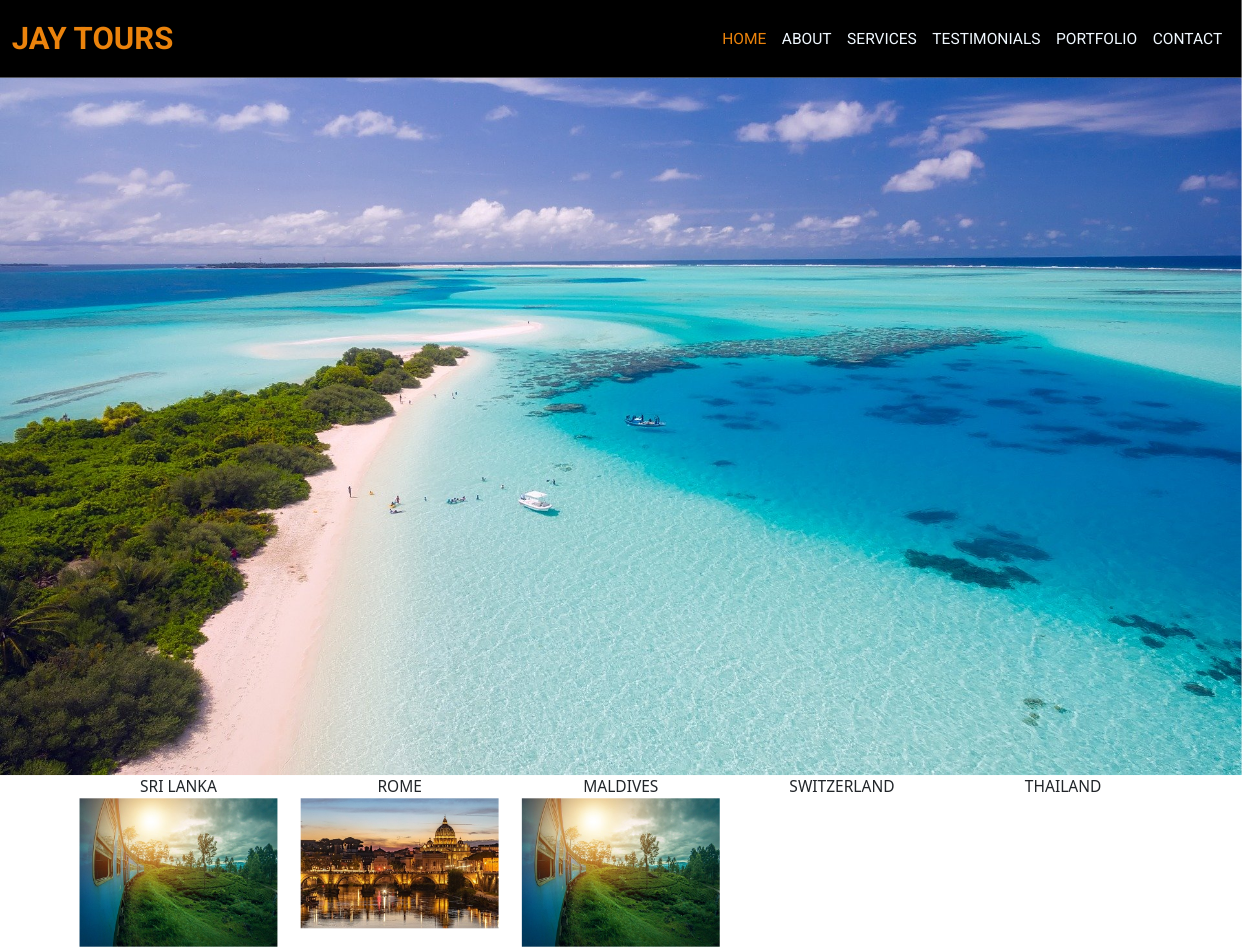
Repository: kasundiudn/Jay-Travel
Page: index.html
These files come from the project's save history. The page is drawn as it stood at one moment and after a run of saves; the edit follows.
The browser window is 1280 px wide. The pictures show the whole page, at 97% of full size.

Above is the page before, as saved 2025-06-26 10:19:55.

### index.html
<!doctype html>
<html lang="en">
  <head>
    <meta charset="utf-8">
    <meta name="viewport" content="width=device-width, initial-scale=1">
    <title>Bootstrap demo</title>
    <link rel="preconnect" href="https://fonts.googleapis.com">
    <link rel="preconnect" href="https://fonts.gstatic.com" crossorigin>
    <link href="https://fonts.googleapis.com/css2?family=Roboto:ital,wght@0,100..900;1,100..900&display=swap" rel="stylesheet">
    <link href="https://cdn.jsdelivr.net/npm/bootstrap@5.3.7/dist/css/bootstrap.min.css" rel="stylesheet" integrity="sha384-LN+7fdVzj6u52u30Kp6M/trliBMCMKTyK833zpbD+pXdCLuTusPj697FH4R/5mcr" crossorigin="anonymous">
  <style>
    header{  font-family: "Roboto", sans-serif;
           }
    .nav-link{
        color: aliceblue;
    }

  </style>
  </head>
  <body>
<header>
    <nav class="navbar navbar-expand-lg " style="background-color: black; height: 80px;">
  <div class="container-fluid">
    <a class="navbar-brand" href="#" style="color: #eb830c; font-weight: bold;  font-size:xx-large;">JAY TOURS</a>
    <button class="navbar-toggler" type="button" data-bs-toggle="collapse" data-bs-target="#navbarSupportedContent" aria-controls="navbarSupportedContent" aria-expanded="false" aria-label="Toggle navigation">
      <span class="navbar-toggler-icon"></span>
    </button>
    <div class="collapse navbar-collapse justify-content-end" id="navbarSupportedContent">
      <ul class="navbar-nav mb-2 mb-lg-0">
        <li class="nav-item">
          <a class="nav-link active" aria-current="page" href="#" style="color: #eb830c;">HOME</a>
        </li>
        <li class="nav-item">
          <a class="nav-link" href="#">ABOUT</a>
        </li>
         <li class="nav-item">
          <a class="nav-link" href="#">SERVICES</a>
        </li>
         <li class="nav-item">
          <a class="nav-link" href="#">TESTIMONIALS</a>
        </li>
         <li class="nav-item">
          <a class="nav-link" href="#">PORTFOLIO</a>
        </li>
         <li class="nav-item">
          <a class="nav-link" href="#">CONTACT</a>
        </li>
    </div>
  </div>
</nav>
</header>
<img src="main.jpg" alt="Beach image" style="width: 100%; height: auto;">

<div class="container text-center">
  <div class="row">
    <div class="col">
      SRI LANKA
      <img src="Sri Lanka.jpg" alt="SRI LANKA" style="width: 100%; height: auto;">
    </div>
    <div class="col">
      ROME
      <img src="Rome.jpg" alt="ROME" style="width: 100%; height: auto;">
    </diV>
    <div class="col">
      MALDIVES
      <img src="Sri Lanka.jpg" alt="SRI LANKA" style="width: 100%; height: auto;">
    </div>
    <div class="col">
      SWITZERLAND
    </div>
    <div class="col">
      THAILAND
    </div>
  </div>
</div>

    <script src="https://cdn.jsdelivr.net/npm/@popperjs/core@2.11.8/dist/umd/popper.min.js" integrity="sha384-I7E8VVD/ismYTF4hNIPjVp/Zjvgyol6VFvRkX/vR+Vc4jQkC+hVqc2pM8ODewa9r" crossorigin="anonymous"></script>
<script src="https://cdn.jsdelivr.net/npm/bootstrap@5.3.7/dist/js/bootstrap.min.js" integrity="sha384-7qAoOXltbVP82dhxHAUje59V5r2YsVfBafyUDxEdApLPmcdhBPg1DKg1ERo0BZlK" crossorigin="anonymous"></script>
  </body>
</html>

After the next 2 saves:
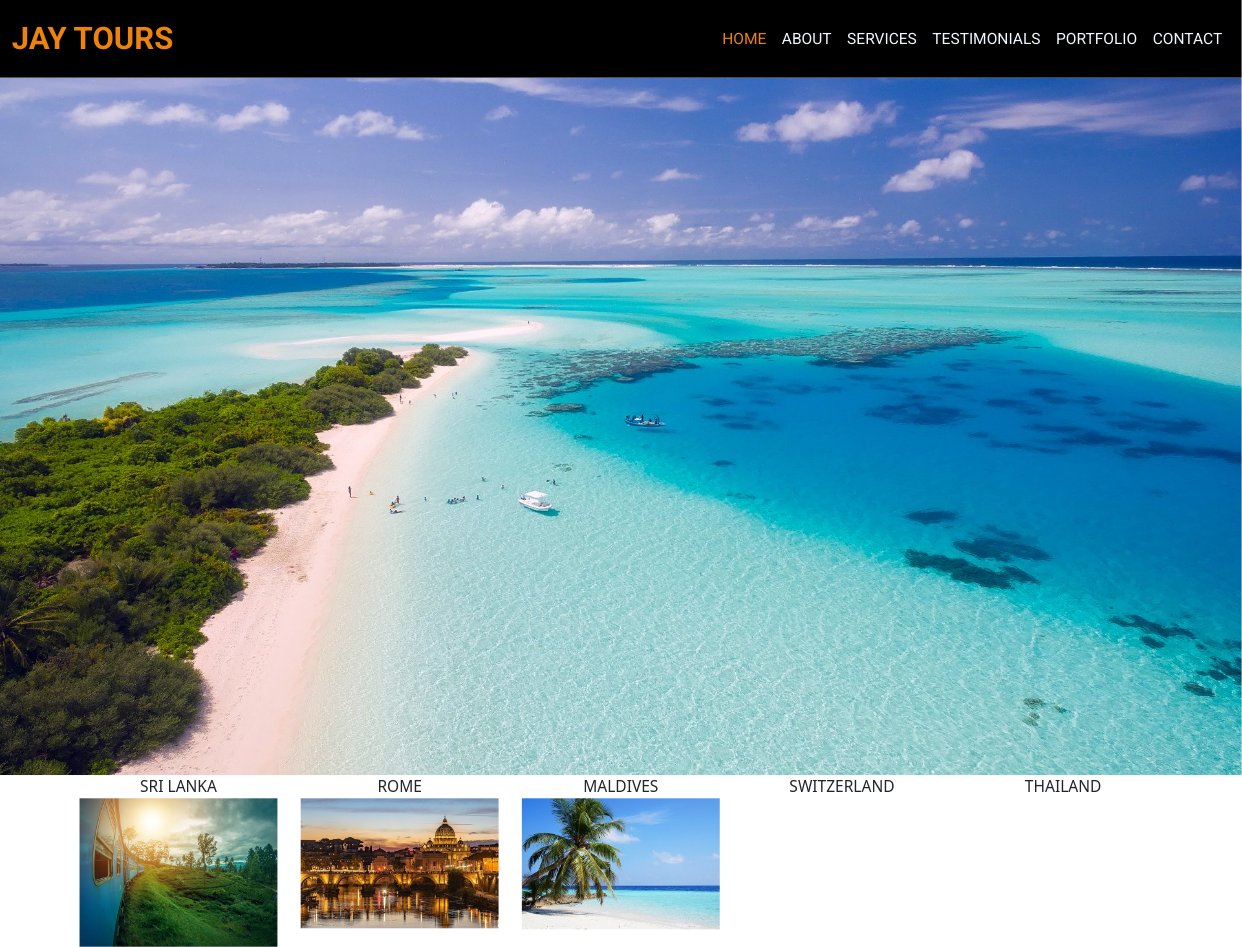
The 2 saves are shown as one change because they came seconds apart.
The last was saved 9 s later.
--- a/index.html
+++ b/index.html
@@ -63,7 +63,7 @@
     </diV>
     <div class="col">
       MALDIVES
-      <img src="Sri Lanka.jpg" alt="SRI LANKA" style="width: 100%; height: auto;">
+      <img src="Maldives.jpg" alt="SRI LANKA" style="width: 100%; height: auto;">
     </div>
     <div class="col">
       SWITZERLAND
